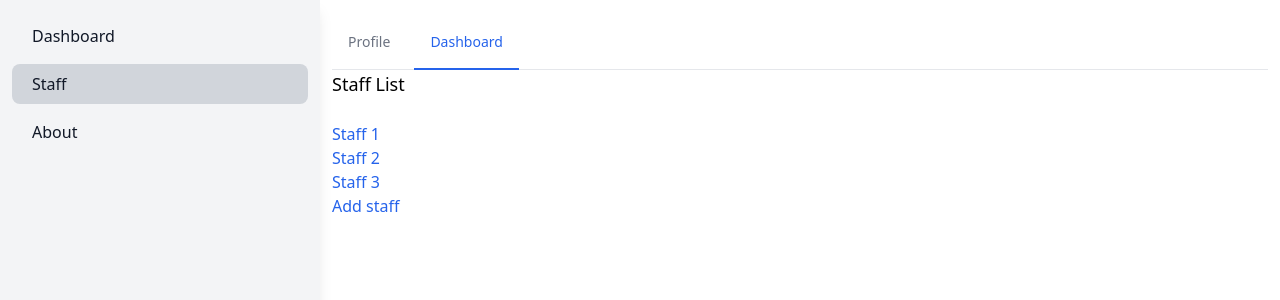
Repository: daohuyhoang9119/React-Router-6.4--Practice
Page: /staff
An editor plug-in stored every save of this project. The page is shown before and after the next save, followed by the edit.
The browser window is 1280 px wide. The pictures show the whole page.
The project was rebuilt for these pictures with package versions that can differ from the ones it lists, and the page was loaded fresh each time. Also part of the build but not shown: src/components/AddStaff/AddStaff.tsx, src/pages/404/Page404.tsx, src/pages/About/About.tsx, src/pages/Dashboard/Dashboard.tsx, src/components/StaffItem/StaffItem.tsx.

Above is the page before, as saved 2022-11-07 23:16:55.

### src/App.tsx
import AddStaff from 'components/AddStaff'
import MainLayout from 'layouts/MainLayout'
import Page404 from 'pages/404'
import About from 'pages/About'
import Dashboard from 'pages/Dashboard'
import Staff from 'pages/Staff'
import { Route, Routes } from 'react-router-dom'
import StaffItem from './components/StaffItem/StaffItem'

function App() {
  return (
    <div className='App'>
      <MainLayout>
        <Routes>
          <Route path='/' element={<Dashboard />} />
          <Route path='/about' element={<About />} />
          <Route path='/staff' element={<Staff />} />
          <Route path='/staff/:id' element={<StaffItem />} />
          <Route path='/staff/add' element={<AddStaff />} />
          <Route path='*' element={<Page404 />}></Route>
        </Routes>
      </MainLayout>
    </div>
  )
}

export default App

### src/components/AddStaff/index.ts
import AddStaff from './AddStaff'

export default AddStaff

### src/pages/404/index.ts
import Page404 from './Page404'

export default Page404

### src/pages/Staff/index.ts
import Staff from './Staff'

export default Staff

### src/layouts/MainLayout/MainLayout.tsx
import React from 'react'
import { Route, Link, NavLink } from 'react-router-dom'

interface Props {
  children?: React.ReactNode
}
export default function MainLayout({ children }: Props) {
  return (
    <div className='grid min-h-screen grid-cols-4'>
      <aside className='col-span-1' aria-label='Sidebar'>
        <div className='h-full overflow-y-auto bg-gray-100 py-4 px-3 shadow-lg'>
          <ul className='space-y-2'>
            <li>
              <NavLink
                to='/'
                end
                // className='flex items-center rounded-lg bg-gray-300 p-2 text-base font-normal text-gray-900 hover:bg-gray-300'
                className={({ isActive }) => {
                  const activeClass = isActive ? 'bg-gray-300 font-bold' : ''
                  return `flex items-center rounded-lg ${activeClass} p-2 text-base font-normal text-gray-900 hover:bg-gray-300`
                }}
              >
                <span className='ml-3'>Dashboard</span>
              </NavLink>
            </li>
            <li>
              <NavLink
                to='/staff'
                className={({ isActive }) => {
                  const activeClass = isActive ? 'bg-gray-300 font-bold' : ''
                  return `flex items-center rounded-lg ${activeClass} p-2 text-base font-normal text-gray-900 hover:bg-gray-300`
                }}
              >
                <span className='ml-3'>Staff</span>
              </NavLink>
            </li>
            <li>
              <NavLink
                to='/about'
                className={({ isActive }) => {
                  const activeClass = isActive ? 'bg-gray-300 font-bold' : ''
                  return `flex items-center rounded-lg ${activeClass} p-2 text-base font-normal text-gray-900 hover:bg-gray-300`
                }}
              >
                <span className='ml-3'>About</span>
              </NavLink>
            </li>
          </ul>
        </div>
      </aside>
      <main className='col-span-3 h-full py-4 px-3'>{children}</main>
    </div>
  )
}

### src/pages/Staff/Staff.tsx
import AddStaff from 'components/AddStaff'
import StaffList from 'components/StaffList'
import { Link } from 'react-router-dom'
export default function Staff() {
  return (
    <div>
      <div className='border-b border-gray-200 text-center text-sm font-medium text-gray-500  '>
        <ul className='-mb-px flex flex-wrap'>
          <li className='mr-2'>
            <a
              href='#'
              className='inline-block rounded-t-lg border-b-2 border-transparent p-4 hover:border-gray-300 hover:text-gray-600 '
            >
              Profile
            </a>
          </li>
          <li className='mr-2'>
            <a
              href='#'
              className='active inline-block rounded-t-lg border-b-2 border-blue-600 p-4 text-blue-600 '
              aria-current='page'
            >
              Dashboard
            </a>
          </li>
        </ul>
      </div>

      <StaffList />
      <Link to='/staff/add' className='font-medium text-blue-600 hover:underline dark:text-blue-500'>
        Add staff
      </Link>

      {/* <AddStaff /> */}
    </div>
  )
}

### src/components/StaffList/index.tsx
import StaffList from './StaffList'

export default StaffList

### src/components/StaffList/StaffList.tsx
import { Link } from 'react-router-dom'

export default function StaffList() {
  return (
    <div>
      <h1 className='mb-6 text-lg'>Staff List</h1>
      <ul>
        <li>
          <Link to='/staff/1' className='font-medium text-blue-600 hover:underline dark:text-blue-500'>
            Staff 1
          </Link>
        </li>
        <li>
          <Link to='/staff/2' className='font-medium text-blue-600 hover:underline dark:text-blue-500'>
            Staff 2
          </Link>
        </li>
        <li>
          <Link to='/staff/3' className='font-medium text-blue-600 hover:underline dark:text-blue-500'>
            Staff 3
          </Link>
        </li>
      </ul>
    </div>
  )
}

Loaded but not shown: public/index.html (common file); src/index.tsx (common file); src/index.css (common file); src/reportWebVitals.ts (common file); src/layouts/MainLayout/index.ts (common file); src/pages/About/index.ts (common file); src/pages/Dashboard/index.ts (common file); tailwind.config.js (common file)

After the next save:
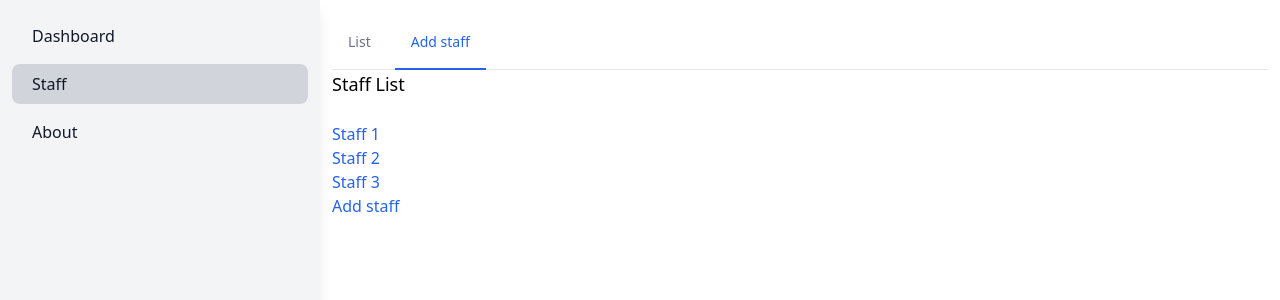
Saved 86 s later.
--- a/src/pages/Staff/Staff.tsx
+++ b/src/pages/Staff/Staff.tsx
@@ -11,7 +11,7 @@ export default function Staff() {
               href='#'
               className='inline-block rounded-t-lg border-b-2 border-transparent p-4 hover:border-gray-300 hover:text-gray-600 '
             >
-              Profile
+              List
             </a>
           </li>
           <li className='mr-2'>
@@ -20,7 +20,7 @@ export default function Staff() {
               className='active inline-block rounded-t-lg border-b-2 border-blue-600 p-4 text-blue-600 '
               aria-current='page'
             >
-              Dashboard
+              Add staff
             </a>
           </li>
         </ul>
